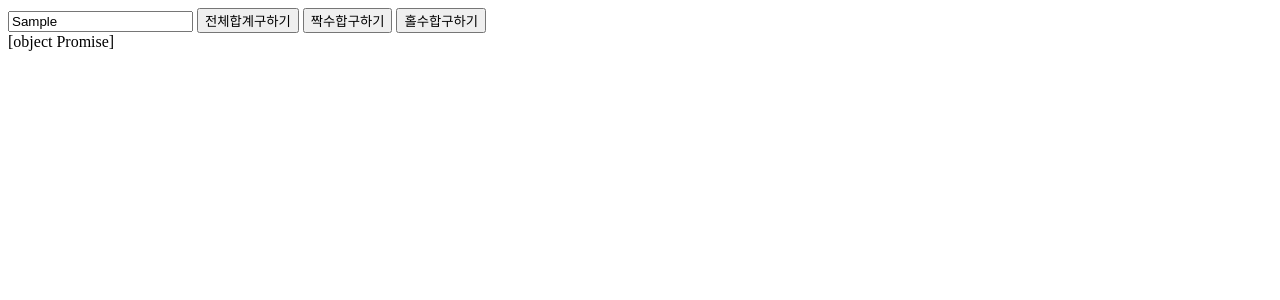
Repository: dongcmd/dong_jsp
Page: ajaxStudy/src/main/webapp/test0421/test2.html
These files come from the project's save history. The page is drawn as it stood at one moment and after a run of saves; the edit follows.
The browser window is 1280 px wide. The pictures show the whole page.
Empty fields were first filled with sample values (such as "Sample", 5 or name@example.com).
After loading, the first visible `button` was clicked once.

Above is the page before, as saved 2025-04-21 08:49:50.

After the next 2 saves:
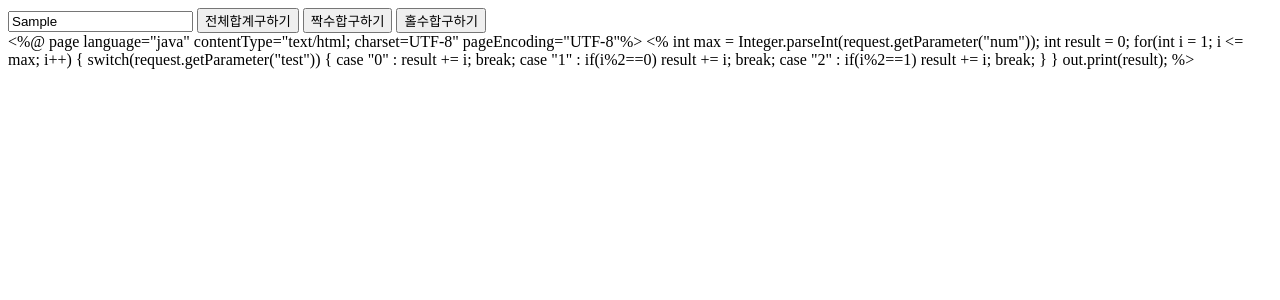
The 2 saves are shown as one change because they came seconds apart.
The last was saved 2 min 2 s later.
--- a/ajaxStudy/src/main/webapp/test0421/test2.html
+++ b/ajaxStudy/src/main/webapp/test0421/test2.html
@@ -13,7 +13,8 @@
 <script>
 	function fetchtest(i) {
 		const r = fetch("test2.jsp?num=" + document.querySelector("#num").value + "&test=" + i)
-		.then( r => document.getElementById("result").innerHTML = r.text())
+		.then( r => r.text())
+		.then(data => document.getElementById("result").innerHTML = data);
 	}
 </script>
 </body></html>
